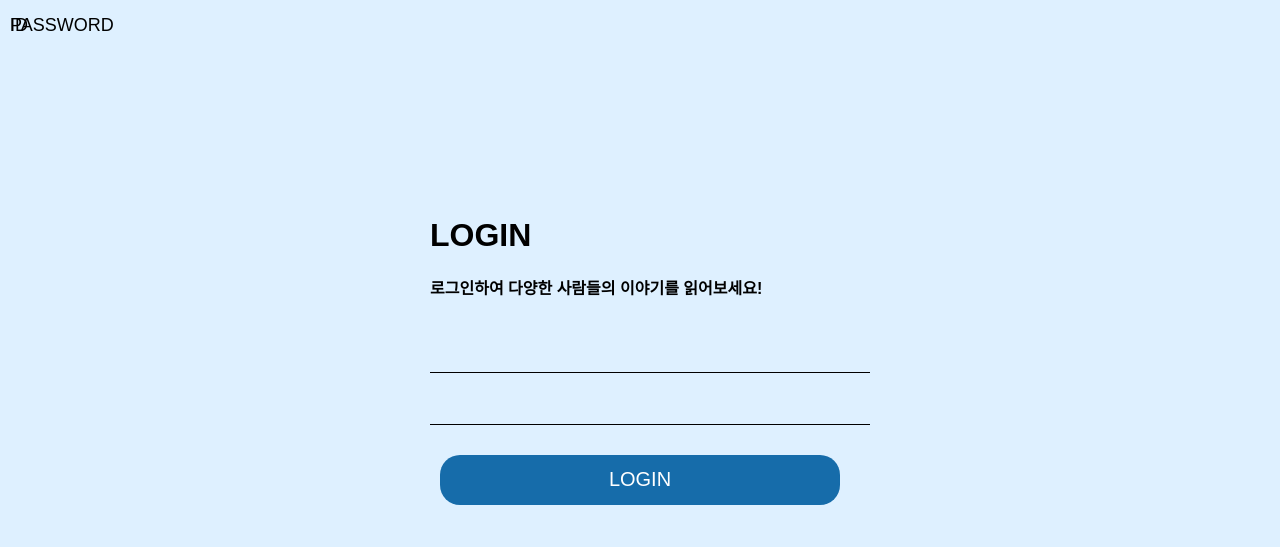
Repository: CISXO/JSP
Page: http://localhost/DB_Project/Login.jsp
The author's editor kept a copy of each file at every save. The page is drawn from the files as they stood at one save, then again after the next save.
The browser window is 1280 px wide. The pictures show the whole page.
The page is served by Tomcat 9.

Above is the page before, as saved 2022-12-18 04:11:45.

### DbProject/DB_Project/src/main/webapp/Login.jsp
<%@ page language="java" contentType="text/html; charset=EUC-KR"
    pageEncoding="EUC-KR" %>
<!DOCTYPE html>
<html>
<head>
<meta charset="EUC-KR">
<title>Insert title here</title>
</head>
<style>
body {
    background-color: #def0ff;
    font-family: 'Noto Sans KR', sans-serif;
    display: flex;
    justify-content: center;
    align-items: center;
    height: 95vh;
}


.loginButtonBox {
    margin-top: 30px;
}


input {
    width: 100%;
    padding: 20px 10px 10px;
    background-color: transparent;
    border: none;
    border-bottom: 1px solid black;
    font-size: 18px;
    outline: none;
}

input:focus+label,
input:valid+label {
    top: -2px;
    font-size: 12px;
    color: #166caa;
}


label {
    position: absolute;
    left: 10px;
    top: 15px;
    font-size: 18px;
    transition: top 0.3s ease;
}


label.check {
    color: red !important;
    animation: 0.3s ease;
    animation-iteration-count: 3;
}


#loginButton {
    width: 400px;
    height: 50px;
    margin: 0px 10px;
    color: #fff;
    background: #166caa;
    border: none;
    border-radius: 20px;
    font-size: 20px;
    cursor: pointer;
}



</style>
<body>
    <div class="loginSection">
        <h1 class="loginTitle">LOGIN</h1>
        <h4 class="loginGuide">
            로그인하여 다양한 사람들의 이야기를 읽어보세요!
        </h4>
        <form class="loginForm" action="login_result.jsp" method = "get">
            <div class="idBox">
                <input id="id" type="text" name="id" autocomplete="off" required>
                <label for="id">ID</label>
            </div>
            <div class="pwBox">
                <input id="pw" type="password" name="pw" autocomplete="off" required>
                <label for="pw">PASSWORD</label>
            </div>
            <div class="loginButtonBox">
                <button id="loginButton" type="submit">LOGIN</button>
            </div>
        </form>
    </div>

</body>
</html>

After the next save:
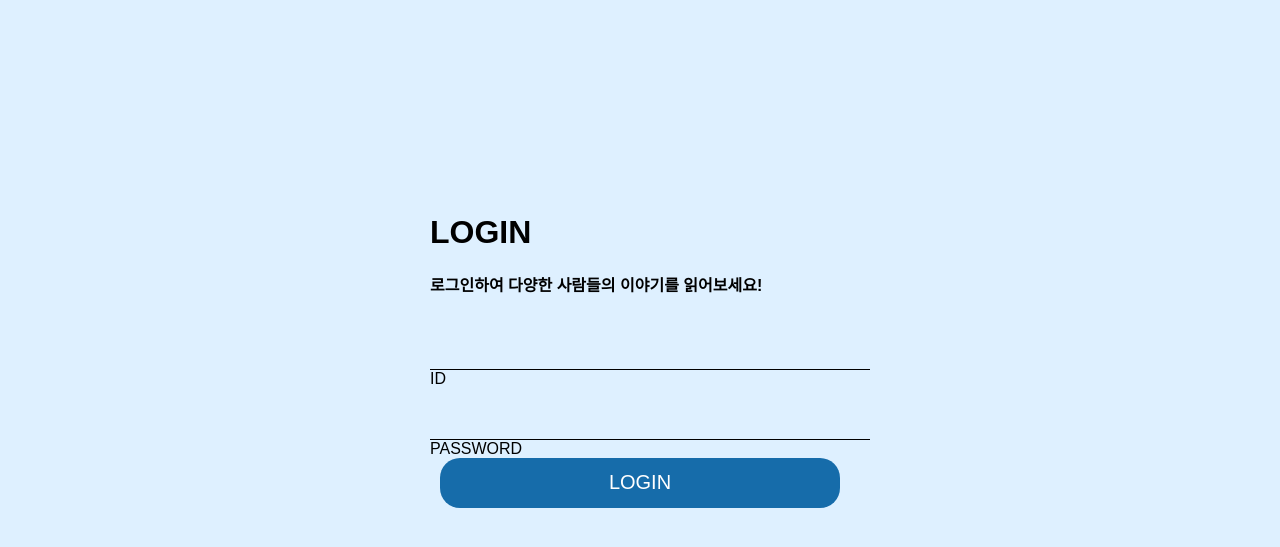
Saved 95 s later.
--- a/DbProject/DB_Project/src/main/webapp/Login.jsp
+++ b/DbProject/DB_Project/src/main/webapp/Login.jsp
@@ -17,10 +17,6 @@ body {
 }
 
 
-.loginButtonBox {
-    margin-top: 30px;
-}
-
 
 input {
     width: 100%;
@@ -30,29 +26,6 @@ input {
     border-bottom: 1px solid black;
     font-size: 18px;
     outline: none;
-}
-
-input:focus+label,
-input:valid+label {
-    top: -2px;
-    font-size: 12px;
-    color: #166caa;
-}
-
-
-label {
-    position: absolute;
-    left: 10px;
-    top: 15px;
-    font-size: 18px;
-    transition: top 0.3s ease;
-}
-
-
-label.check {
-    color: red !important;
-    animation: 0.3s ease;
-    animation-iteration-count: 3;
 }
 
 
